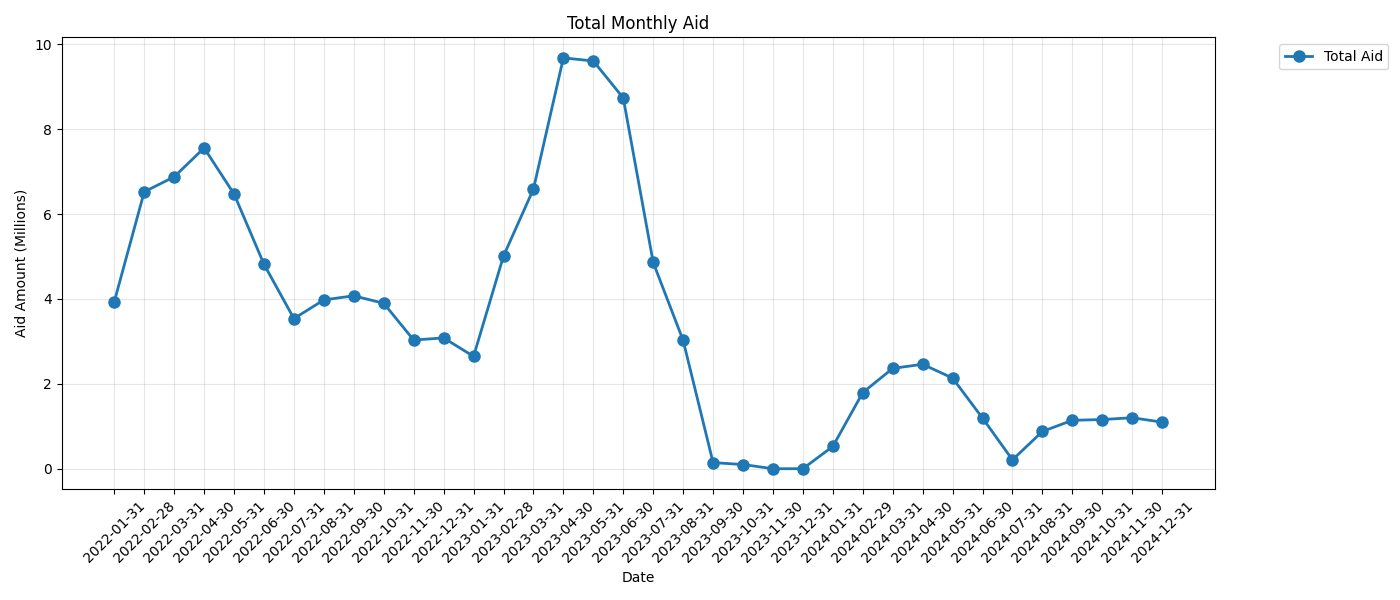
Repository: senapol/ADS
Script's output: python militaryaidstracker/aidVisualisation.py
An editor plug-in stored every save of this project. The script's output is shown before and after the next save, followed by the edit.
Random numbers start from a fixed seed.

Above is the script's output before, as saved 2025-04-22 23:26:22.

### militaryaidstracker/aidVisualisation.py
import pandas as pd
import matplotlib.pyplot as plt
from datetime import datetime

# df = pd.read_csv("data/cleaned/aid_categories_monthly.csv")
df = pd.read_csv("data/cleaned/smoothed_aid_weekly.csv")
# df['announcement_date'] = pd.to_datetime(df['announcement_date'])

# Categories to plot
categories = ['Humanitarian', 'Military equipment', 'Aviation and drones',
              'Portable defence system', 'Heavy weapon', 'Financial', 'Uncategorised']

df.loc[:, 'Total aid'] = df[categories].sum(axis=1)

# Create the plot
plt.figure(figsize=(14, 6))

# Plot each category as a separate line
# for category in categories:
#     plt.plot(df['announcement_date'], df[category]/1000000,
#                 marker='o',
#                 label=category,
#                 linewidth=2,
#                 markersize=8)

plt.plot(df['announcement_date'], df["Portable defence system"]/100000000,
            marker='o',
            label="Total Aid",
            linewidth=2,
            markersize=8)

# Customize the plot
plt.xlabel('Date')
plt.ylabel('Aid Amount (Millions)')
plt.title('Total Monthly Aid')
plt.legend(bbox_to_anchor=(1.05, 1), loc='upper left')
plt.grid(True, alpha=0.3)

# Rotate x-axis labels for better readability
plt.xticks(rotation=45)

# Use logarithmic scale for y-axis to better handle large variations and zeros
# plt.yscale('symlog')
# plt.ylim(-10**1, 10**2)

# Adjust layout to prevent label cutoff
plt.tight_layout()

# Save the figure as a PNG file with a dpi of 300
# plt.savefig("portable_in_billions_graph.png", dpi=300)

plt.show()

### data/cleaned/smoothed_aid_weekly.csv
Humanitarian,Military equipment,Aviation and drones,Portable defence system,Heavy weapon,Financial,Uncategorised,announcement_date
384642357.1893104,121512199.60214593,1867088.699773098,393724471.93555665,2891240.3797715674,1220635233.6969383,303716710.6829017,2022-01-31
613233966.3533831,189151030.20976552,20820417.37549437,652407397.5573534,293216858.81446517,1507807344.96625,300907877.3674698,2022-02-28
806787032.5996522,205749116.27690002,25022953.64450509,687796701.3228047,415006755.73105603,1671555376.7917862,292173891.83314955,2022-03-31
961386795.2942228,268021649.93924263,32564709.982998703,755745607.5299916,832286589.2181302,1673760126.05762,465174081.6944664,2022-04-30
1005063483.9229962,250427639.89546356,46555587.65585216,647334566.38598,1057734086.439034,1508410398.765154,509907862.78316534,2022-05-31
786805340.6293358,209172193.2916593,54921689.96059173,481747674.332978,1387266796.6467562,1309091252.3729,501691912.0352614,2022-06-30
545620259.4557754,160506062.99254754,44278010.5221486,353708329.1071808,1416898369.4642198,989248213.7914604,510609531.5807943,2022-07-31
356816744.1373702,147412891.36619836,74848241.3416199,397800587.0137058,1496381326.9883182,785631717.6683182,425302857.2781675,2022-08-31
289187108.2709561,126713455.81814839,112459667.49748519,407457820.5694128,1213825064.6739073,689118093.4898549,356356104.71404576,2022-09-30
445759103.98144656,152485902.4891006,115885107.20362024,389726585.824673,2098681279.4477,492095274.33593726,462401351.72591376,2022-10-31
567247138.2269682,161577129.28949982,109594191.73381975,303121634.6874796,2874559022.6010594,452404013.29874945,595873425.0319276,2022-11-30
718817069.2189465,153906890.92112523,87708836.61065184,308286644.46477926,3318286785.9122996,353159298.4139227,678647005.1860834,2022-12-31
792076154.3187389,153436252.82311356,37523038.2531015,264628486.43324035,3332835728.2546105,222321999.1655309,716537170.1509907,2023-01-31
803718699.9678161,147046325.9317146,1900574.923583548,501147567.71692044,2913384358.2534065,430720614.331101,592400710.0285157,2023-02-28
598137487.2629001,161778447.42580187,4852458.654895423,658987302.5876442,1875311756.8719478,482725829.3988639,598054543.6757624,2023-03-31
532303369.99063575,161453853.6169922,13668393.748716567,968055980.7974298,1410673036.835438,561332272.0582587,507406887.9624123,2023-04-30
388735967.4539412,141977646.8286945,20377118.12383091,960743470.7130523,1503143367.8941362,545045416.407975,428233666.7022919,2023-05-31
247701348.4711902,140772742.8593296,22321743.095097594,873609619.3780441,1695489241.37403,450797907.74485624,418698287.4023664,2023-06-30
153396977.07080942,142492173.14170012,19478028.476726264,486042795.5649725,1906744268.7617633,161222142.81366295,343131270.17508215,2023-07-31
137300600.54007372,143063184.50834092,12032619.347702082,302354302.9191792,1709143232.5421052,127389056.4092734,234317707.10569134,2023-08-31
95555801.10926478,150462167.36212003,4660220.011806567,14374036.05745634,1421886646.8179934,112086261.86914374,213506914.12857875,2023-09-30
116059372.0636265,139203246.7402042,5645313.854716248,9879120.875244595,1065529822.6049067,96776781.73177952,396387506.6394293,2023-10-31
156732745.9683365,111995507.72191994,12604229.454187047,0.0,720482153.696784,140601434.5531341,486496313.2101351,2023-11-30
224411273.74297002,89309645.51402648,16473393.419754336,0.0,745931770.0613905,168188593.15282395,663462442.7170678,2023-12-31
236021659.22394487,67774947.45332013,16830917.947909456,52612945.83067882,924707835.4484463,157747815.37040454,658253301.6820984,2024-01-31
227787399.21937555,57300001.034643024,2565547339.65658,179398746.01602086,1169134123.1412716,130792596.82719141,613120420.6111213,2024-02-29
144139218.90742812,43619382.89777741,3721860026.3133364,236386110.95422664,1097063400.9175642,76919552.26053613,359998966.841554,2024-03-31
256565514.09811208,29278041.988649383,4209948389.4656115,246118017.07890904,981837424.2298493,32607663.005873464,278210048.14781326,2024-04-30
265652825.3503425,37475597.043482155,3713928404.6896415,213543902.28257313,804227964.3253163,163903234.44136125,168237821.48062912,2024-05-31
287666507.5577735,43179954.01706686,2552333470.9004474,119272655.44107196,693715651.3493129,220974477.4154243,145913147.03600693,2024-06-30
326346546.1701161,131581684.54735516,430266.70467223984,20897719.162407603,771523709.870542,258817151.76613176,118582650.76103766,2024-07-31
355341436.9581573,165813160.8846362,626034.3612941741,87812790.32246132,920533801.7590008,3107581411.7487583,145685305.46269023,2024-08-31
273954541.2585975,175465908.19085753,11426836.627203664,114086907.88544028,1021365497.7060717,4348521454.5675,121607945.33762291,2024-09-30
296624347.7204723,149384872.24501112,16219827.382465437,115881221.21193366,999625256.3341854,4969330033.6090355,117008702.84160723,2024-10-31
304056163.99652123,131586692.3946088,21356566.5678738,120126041.62457994,1055077498.2691334,5294545768.887669,123813430.11563085,2024-11-30
232050591.01528051,36444297.04664858,24922571.84266886,109676281.06286137,789244694.7779108,5100158652.059708,109020647.53887601,2024-12-31

After the next save:
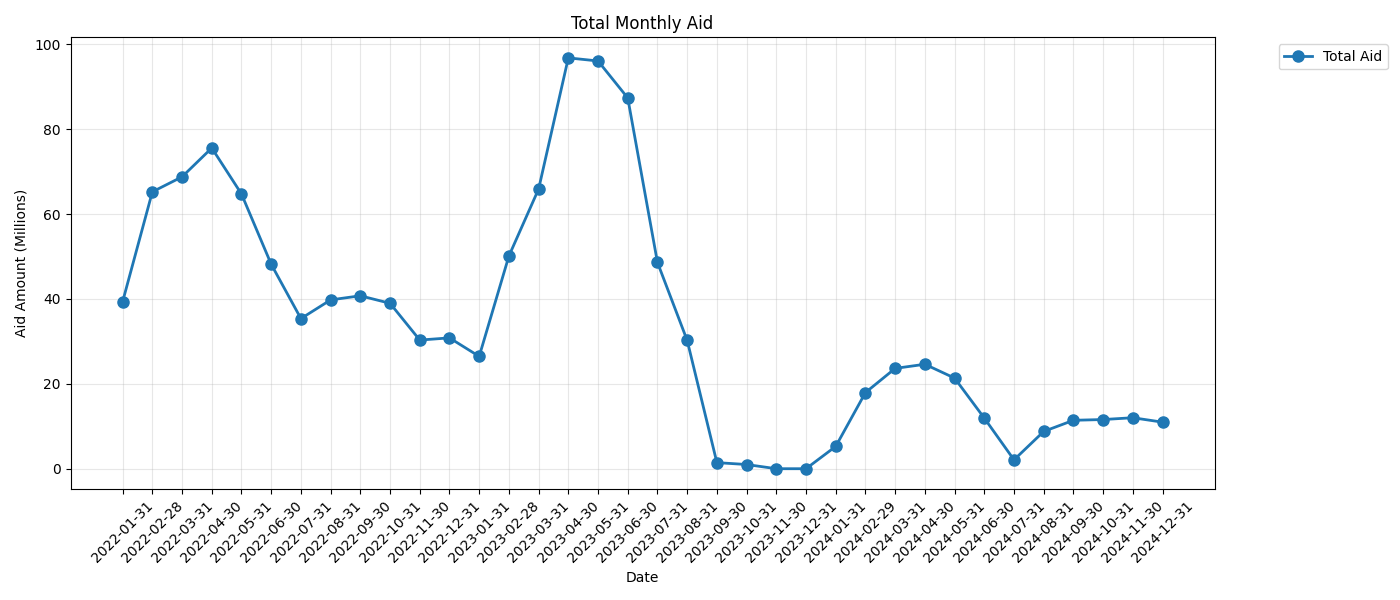
Saved 21 s later.
--- a/militaryaidstracker/aidVisualisation.py
+++ b/militaryaidstracker/aidVisualisation.py
@@ -23,7 +23,7 @@ plt.figure(figsize=(14, 6))
 #                 linewidth=2,
 #                 markersize=8)
 
-plt.plot(df['announcement_date'], df["Portable defence system"]/100000000,
+plt.plot(df['announcement_date'], df["Portable defence system"]/10000000,
             marker='o',
             label="Total Aid",
             linewidth=2,
